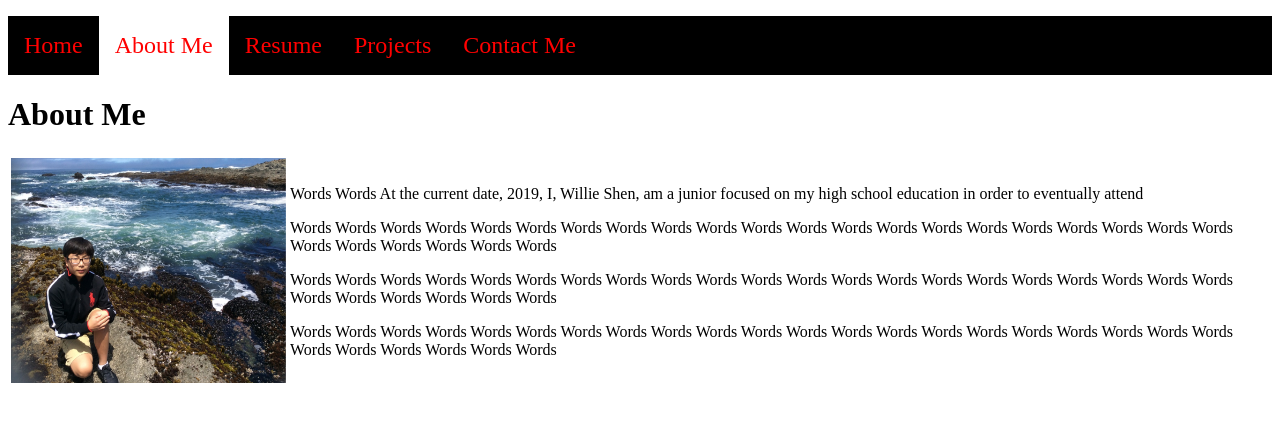
Repository: Kur0bane/Kur0bane.github.io
Page: aboutme.html
The author's editor kept a record of every edit. The page is drawn from the files as they stood at one moment, then again after the next edit.
The browser window is 1280 px wide. The pictures show the whole page.

Above is the page before.

### aboutme.html
<!DOCTYPE html>
<html>
    <head>
    <title>About Me</title>
    <link rel="stylesheet" type="text/css" href="style.css">

    </head>

    <body>
        <ul class="navbar">
            <li><a href="index.html">Home</a></li>
            <li class="active"><a href="aboutme.html">About Me</a></li>
            <li><a href="resume.html">Resume</a></li>
            <li class="dropdown">
                <div>Projects</div>
                <ul class="dropdown-content">
                    <li><a href="project1.html">Project 1</a></li>
                    <li><a href="project2.html">Project 2</a></li>
                    <li><a href="project3.html">Project 3</a></li>
                </ul>
            </li>
            <li><a href="contactme.html">Contact Me</a></li>
        </ul>

        <h1>About Me</h1>

        <table>
            <tr>
                <td><img src="beachphoto.jpg" style="width:275px;height:225px;"></td>
                <td>
                    <div>
                        <p align="left">Words Words At the current date, 2019, I, Willie Shen, am a junior focused on my high school education in order to eventually attend </p>
                    </div>
                    <div>
                        <p align="left">Words Words Words Words Words Words Words Words Words Words Words Words Words Words Words Words Words Words Words Words Words Words Words Words Words Words Words</p>
                    </div>
                    <div>
                        <p align="left">Words Words Words Words Words Words Words Words Words Words Words Words Words Words Words Words Words Words Words Words Words Words Words Words Words Words Words</p>
                    </div>
                    <div>
                        <p align="left">Words Words Words Words Words Words Words Words Words Words Words Words Words Words Words Words Words Words Words Words Words Words Words Words Words Words Words</p>
                    </div>
                </td>
            </tr>
        </table>

    </body>
</html>

### style.css
        .navbar{
            list-style: none;
            background: black;
            overflow: hidden;
            padding: 0;
        }

        .navbar a, .dropdown div{
            text-decoration: none;
            color: red;
            font-size: 24px;
            padding: 16px;
            display: inline-block;
        }

        .navbar li{
            float: left;
        }

        .navbar li:hover{
            background-color: white;
        }

        .dropdown-content{
            list-style: none;
            padding: 0;
            display: none;
            position: absolute;
            z-index: 1;
            background-color: black;
        }

        .dropdown-content li{
            float: none;
        }

        .dropdown:hover .dropdown-content{
            display: block;
        }

        .active{
            background-color: white;
        }

        td{
            text-align: center;
        }

After the next edit:
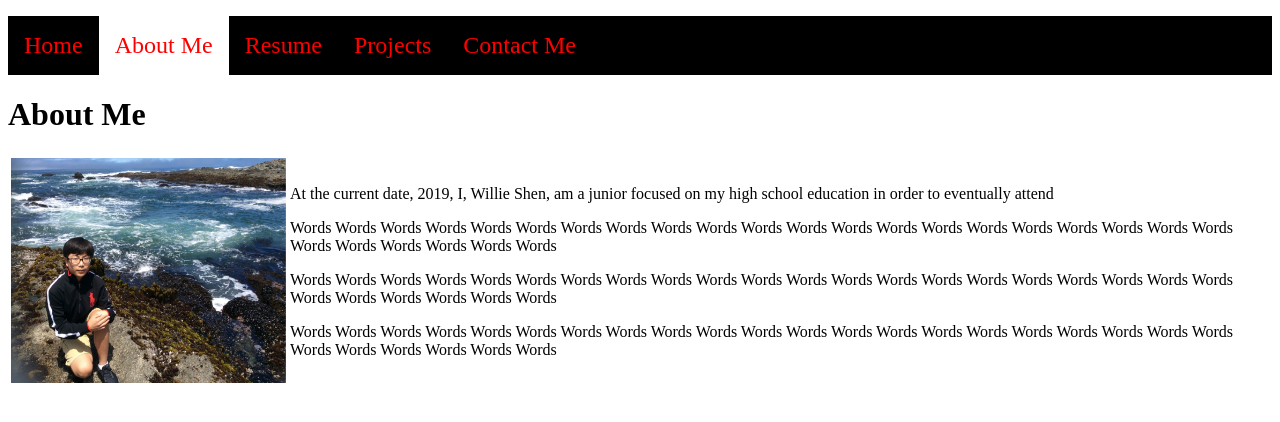
The edit:
--- a/aboutme.html
+++ b/aboutme.html
@@ -29,7 +29,7 @@
                 <td><img src="beachphoto.jpg" style="width:275px;height:225px;"></td>
                 <td>
                     <div>
-                        <p align="left">Words Words At the current date, 2019, I, Willie Shen, am a junior focused on my high school education in order to eventually attend </p>
+                        <p align="left">At the current date, 2019, I, Willie Shen, am a junior focused on my high school education in order to eventually attend </p>
                     </div>
                     <div>
                         <p align="left">Words Words Words Words Words Words Words Words Words Words Words Words Words Words Words Words Words Words Words Words Words Words Words Words Words Words Words</p>
